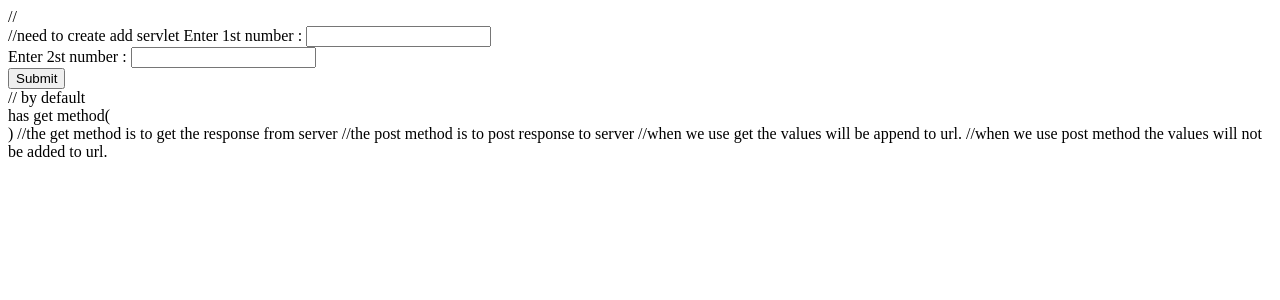
Repository: PriyankaGundawar/Servlets-examples
Page: ServletsDemo/ServletDemo/src/main/webapp/Demo1.html
These files come from the project's save history. The page is drawn as it stood at one moment and after the next save; the edit follows.
The browser window is 1280 px wide. The pictures show the whole page.

Above is the page before, as saved 2023-04-06 22:09:31.

After the next save:
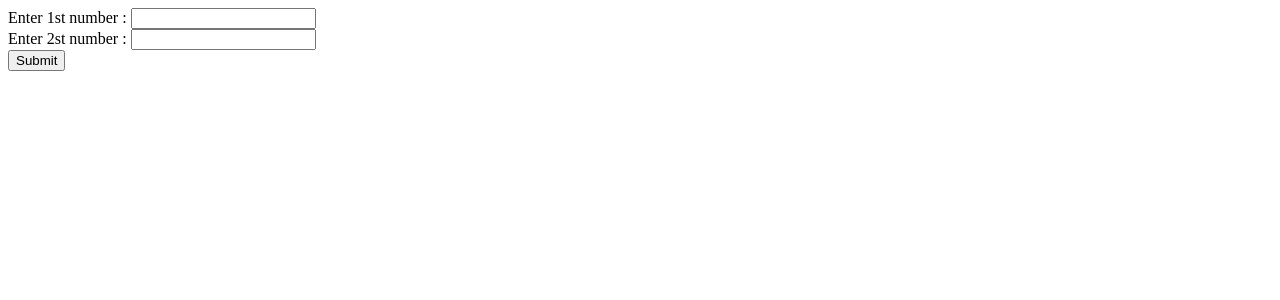
Saved 3 min 8 s later.
--- a/ServletsDemo/ServletDemo/src/main/webapp/Demo1.html
+++ b/ServletsDemo/ServletDemo/src/main/webapp/Demo1.html
@@ -2,7 +2,7 @@
 <html>
 <body>
 
-//<form action="add"> //need to create add servlet
+<!--  <form action="add"> --> <!--  need to create add servlet -->
 <form action="add"  method="post">
 
 Enter 1st number : <input type="text" name="num1"><br>
@@ -13,9 +13,9 @@ Enter 2st number : <input type="text" name="num2"><br>
 </body>
 </html>
 
-// by default <form action="add">  has get method(<form action="add" method="get""></form>)
+<!--  by default <form action="add">  has get method(<form action="add" method="get""></form>)
 //the get method is to get the response from server
 //the post method is to post response to server
 
 //when we use get the values will be append to url.
-//when we use post method the values will not be added to url.
+//when we use post method the values will not be added to url. -->
